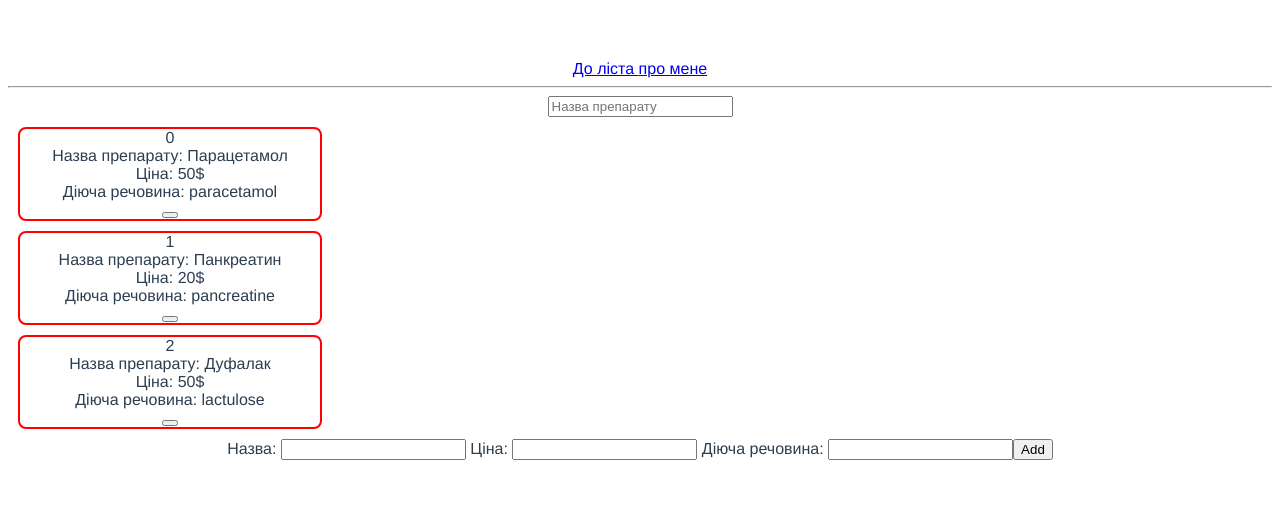
Repository: KYUUBI-K/Labs-from-2-course-
Page: /#/list (app in lab2(pharmacy)/)
These files come from the project's save history. The page is drawn as it stood at one moment and after the next save; the edit follows.
The browser window is 1280 px wide. The pictures show the whole page.
The project was rebuilt for these pictures with package versions that can differ from the ones it lists, and the page was loaded fresh each time.

Above is the page before, as saved 2021-12-21 15:16:18.

### lab2(pharmacy)/src/main.js
import Vue from 'vue'
import App from './App.vue'
import store from './state/index'
import VueRouter from 'vue-router';
import router from './router/index'

Vue.use(VueRouter);

Vue.config.productionTip = false

new Vue({
  store,
  router,
  render: (h) => h(App),
}).$mount('#app')

### lab2(pharmacy)/src/App.vue
<template>
  <div id="app">
    <router-link to="/list">До ліста </router-link>
    <router-link to="/AboutMe">про мене </router-link>
    <hr />
    <router-view></router-view>
  </div>
</template>

<script>
export default {
  name: "App",
  components: {},
};
</script>

<style>
#app {
  font-family: Avenir, Helvetica, Arial, sans-serif;
  -webkit-font-smoothing: antialiased;
  -moz-osx-font-smoothing: grayscale;
  text-align: center;
  color: #2c3e50;
  margin-top: 60px;
}
</style>

### lab2(pharmacy)/src/state/index.js
import Vue from 'vue'
import Vuex from 'vuex'
import { v4 as uuidv4 } from 'uuid'
Vue.use(Vuex)

const store = new Vuex.Store({
  state: {
    search:"",
    taskList:[
        {
          id:0, title:'Парацетамол', price:'50', active_substance:'paracetamol',
        },
        {
            id:1, title:'Панкреатин', price:'20', active_substance:'pancreatine',

        },
        {
            id:2, title:'Дуфалак', price:'50', active_substance:'lactulose',

        }
    ]
  },
  getters:{
      getTaskList:(state)=>state.taskList
  },
  mutations:{
    addNewTask(state, dataObj) {
      state.taskList.push({
        id: uuidv4(),
        ...dataObj,
      })
    },
    deleteTask(state,dataobj){

        state.taskList = state.taskList.filter(item=>(item.title != dataobj))
    }
  },
  actions:{
    addTask({ commit }, data) {
      commit('addNewTask', data)
    },
    delete({commit},data){
        commit('deleteTask',data)
    }
  }

})

export default store

### lab2(pharmacy)/src/router/index.js
import Vue from 'vue';
import VueRouter from 'vue-router';
import Tasklist from '../components/Tasklist'
Vue.use(VueRouter);

export const router = new VueRouter({
    routes:[
    {
        path:'/list',
        component:Tasklist,
        name:'list',
    }
    ]

});
export default router

### lab2(pharmacy)/src/components/Tasklist/index.vue
<template>
  <div>
    <div>
      <input type="search" v-model="search" placeholder="Назва препарату" />
    </div>
    <task-item v-for="task in filterTask" :key="task.id" :task="task" />
    <div>
      <add-new-task />
    </div>
  </div>
</template>

<script>
import TaskItem from "./Taskitem";
import AddNewTask from "@/components/AddNewTask";

import { mapGetters } from "vuex";
export default {
  data() {
    return {
      search: "",
    };
  },
  name: "TaskList",
  components: {
    TaskItem,
    AddNewTask,
  },
  computed: {
    ...mapGetters(["getTaskList"]),
    filterTask() {
      let list = [...this.getTaskList];
      if (this.search) {
        list = list.filter((item) => {
          return item.title.indexOf(this.search) > -1;
        });
      }
      return list;
    },
  },
};
</script>

<style lang="scss" scoped>
</style>

### lab2(pharmacy)/src/components/Tasklist/Taskitem/index.vue
<template>
  <div class="task">
    <div>{{ task.id }}</div>
    <div>Назва препарату: {{ task.title }}</div>
    <div>Ціна: {{ task.price }}$</div>
    <div>Діюча речовина: {{ task.active_substance }}</div>
    <button @click="deletetask"></button>
  </div>
</template>

<script>
import { mapActions } from "vuex";
export default {
  name: "Taskitem",
  props: {
    task: {
      type: Object,
      default: () => ({}),
    },
  },
  methods: {
    ...mapActions(["delete"]),
    deletetask() {
      this.delete(this.title);
      this.$router.push({ path: "/" });
    },
  },
};
</script>

<style lang="css" scoped>
.task {
  width: 300px;
  border: 2px solid red;
  border-radius: 8px;
  margin: 10px;
}
</style>

### lab2(pharmacy)/src/components/AddNewTask/index.vue
<template>
  <div>
    <div>
      <label>
        Назва:
        <input type="text" v-model="title" />
      </label>
      <label>
        Ціна:
        <input type="text" v-model.number="price" />
      </label>
      <label>
        Діюча речовина:
        <input type="number" v-model.number="active_substance" />
      </label>
      <button @click="onAdd">Add</button>
    </div>
  </div>
</template>

<script>
//1. Імпортуємо mapActions
import { mapActions } from "vuex";
export default {
  name: "AddNewTask",

  data() {
    return {
      id: null,
      title: null,
      price: null,
      active_substance: null,
    };
  },

  methods: {
    ...mapActions(["addTask"]),
    onAdd() {
      this.addTask({
        title: this.title,
        price: this.price,
        active_substance: this.active_substance,
      });
    },
  },
};
</script>

<style lang="scss" scoped>
</style>

Loaded but not shown: lab2(pharmacy)/public/index.html (common file)

After the next save:
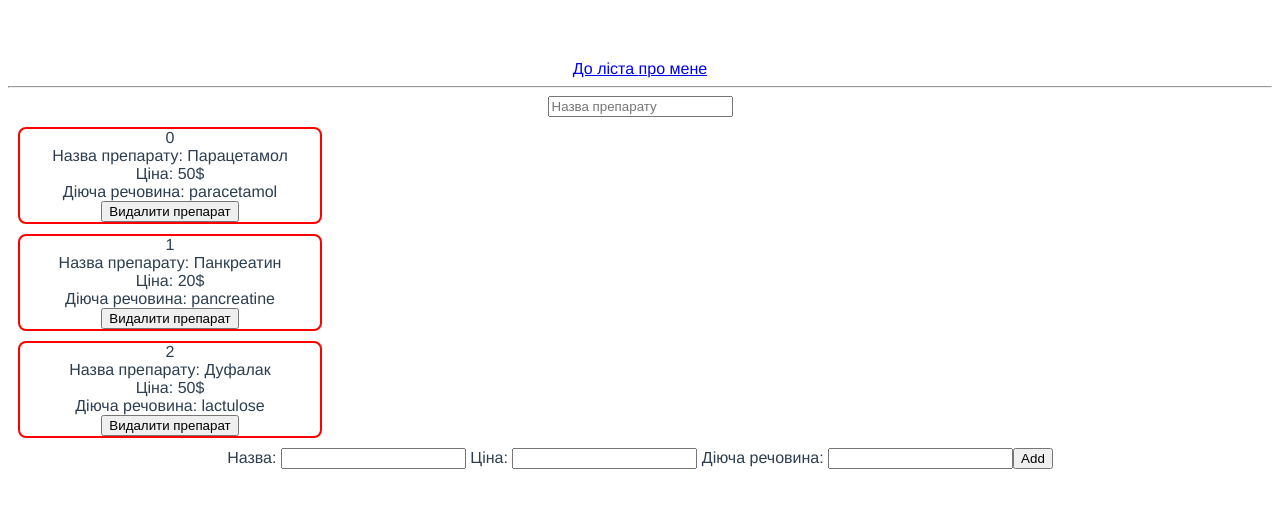
Saved 11 s later.
--- a/lab2(pharmacy)/src/components/Tasklist/Taskitem/index.vue
+++ b/lab2(pharmacy)/src/components/Tasklist/Taskitem/index.vue
@@ -4,7 +4,7 @@
     <div>Назва препарату: {{ task.title }}</div>
     <div>Ціна: {{ task.price }}$</div>
     <div>Діюча речовина: {{ task.active_substance }}</div>
-    <button @click="deletetask"></button>
+    <button @click="deletetask">Видалити препарат</button>
   </div>
 </template>
 
